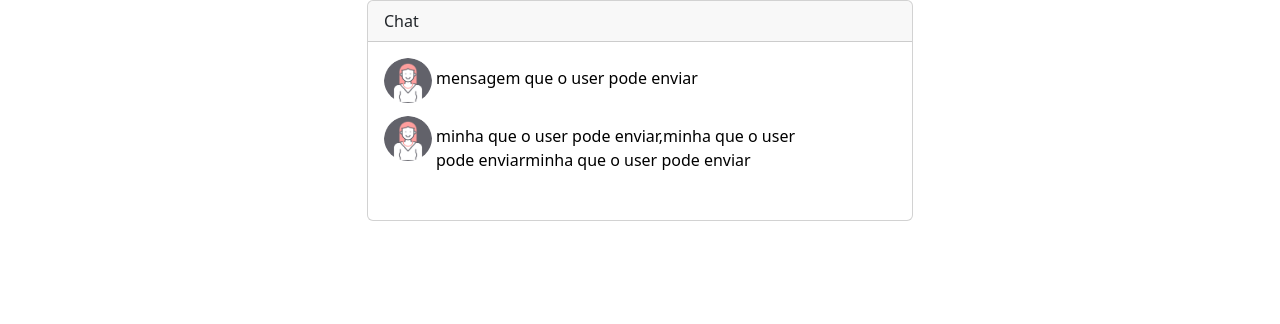
Repository: joaobatistafrontend/pref
Page: templates/chat_meninas copy.html
The author's editor kept a copy of each file at every save. The page is drawn from the files as they stood at one save, then again after the next save.
The browser window is 1280 px wide. The pictures show the whole page.
The page is served by the project's application, run on Django 4.2 (manage.py). The template is opened directly, without the code that normally fills it, so the values that code supplies are empty.

Above is the page before, as saved 2024-07-29 16:45:31.

After the next save:
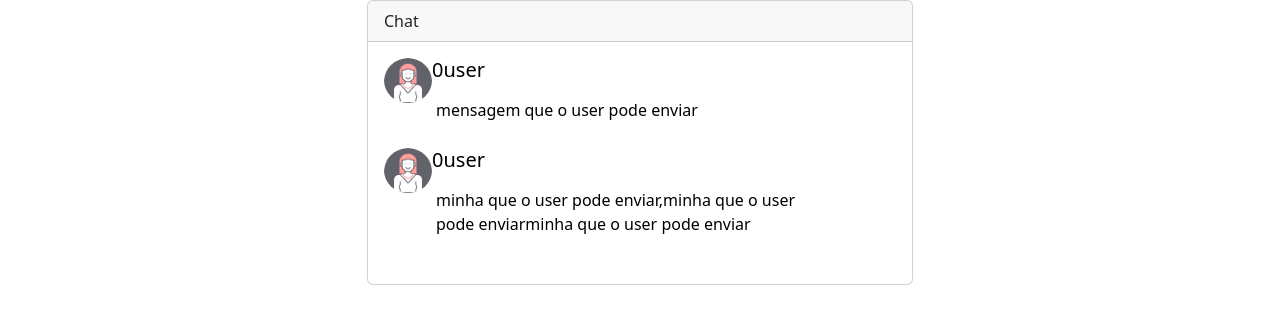
Saved 4 s later.
--- a/templates/chat_meninas copy.html
+++ b/templates/chat_meninas copy.html
@@ -29,7 +29,7 @@
                                 </div>
                                 <div class="chat-body">
                                     <div class="cha-message">
-
+                                        <h5>0user</h5>
                                         <p>mensagem que o user pode enviar</p>
                                     </div>
                                 </div>
@@ -40,7 +40,7 @@
                                 </div>
                                 <div class="chat-body">
                                     <div class="cha-message">
-
+                                        <h5>0user</h5>
                                         <p>minha que o user pode enviar,minha que o user pode enviarminha que o user pode enviar
                                         </p>
                                     </div>
